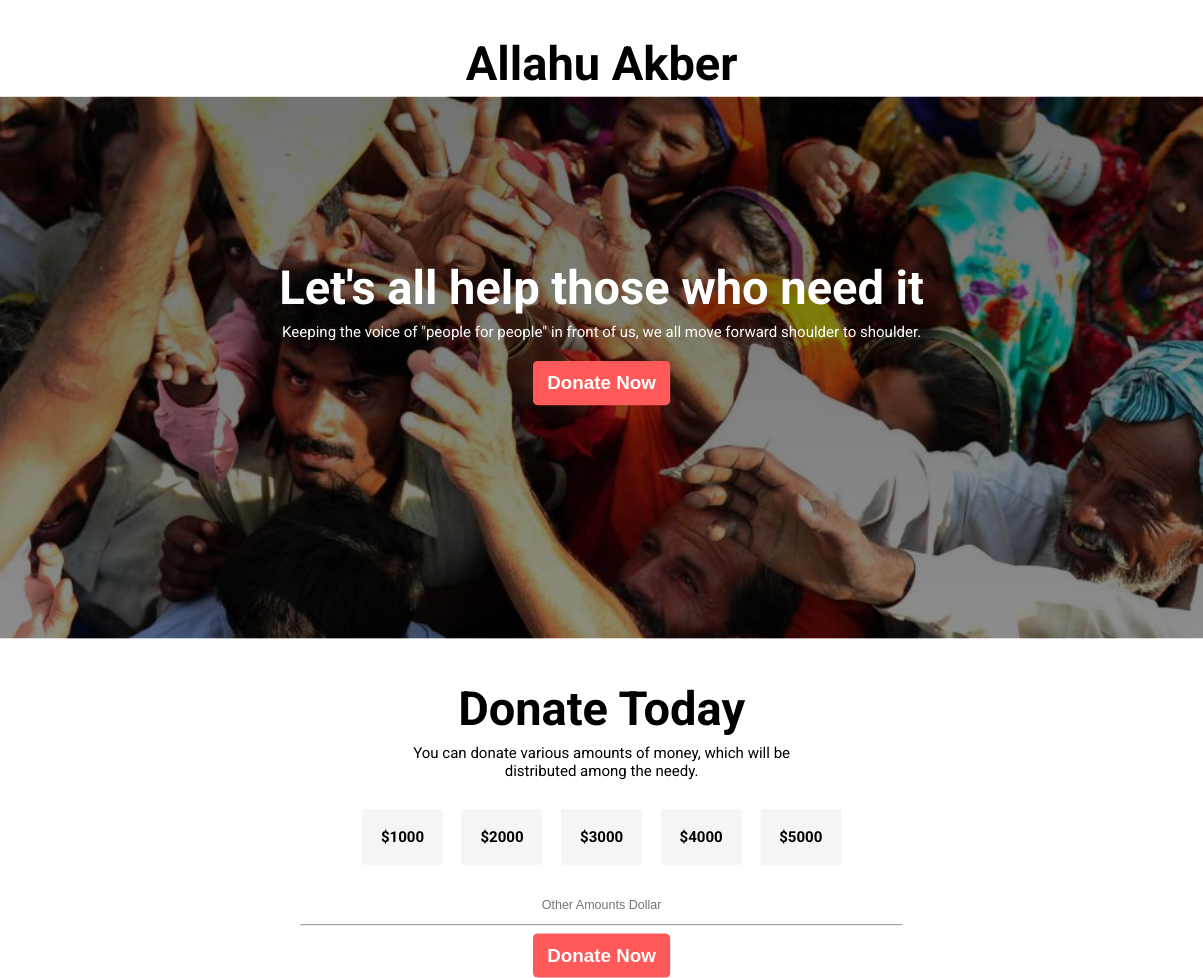
Repository: zjria/suppert-the-helpness
Page: index.html
An editor plug-in stored every save of this project. The page is shown before and after the next save, followed by the edit.
The browser window is 1280 px wide. The pictures show the whole page, at 94% of full size.

Above is the page before, as saved 2022-08-26 09:34:19.

After the next save:
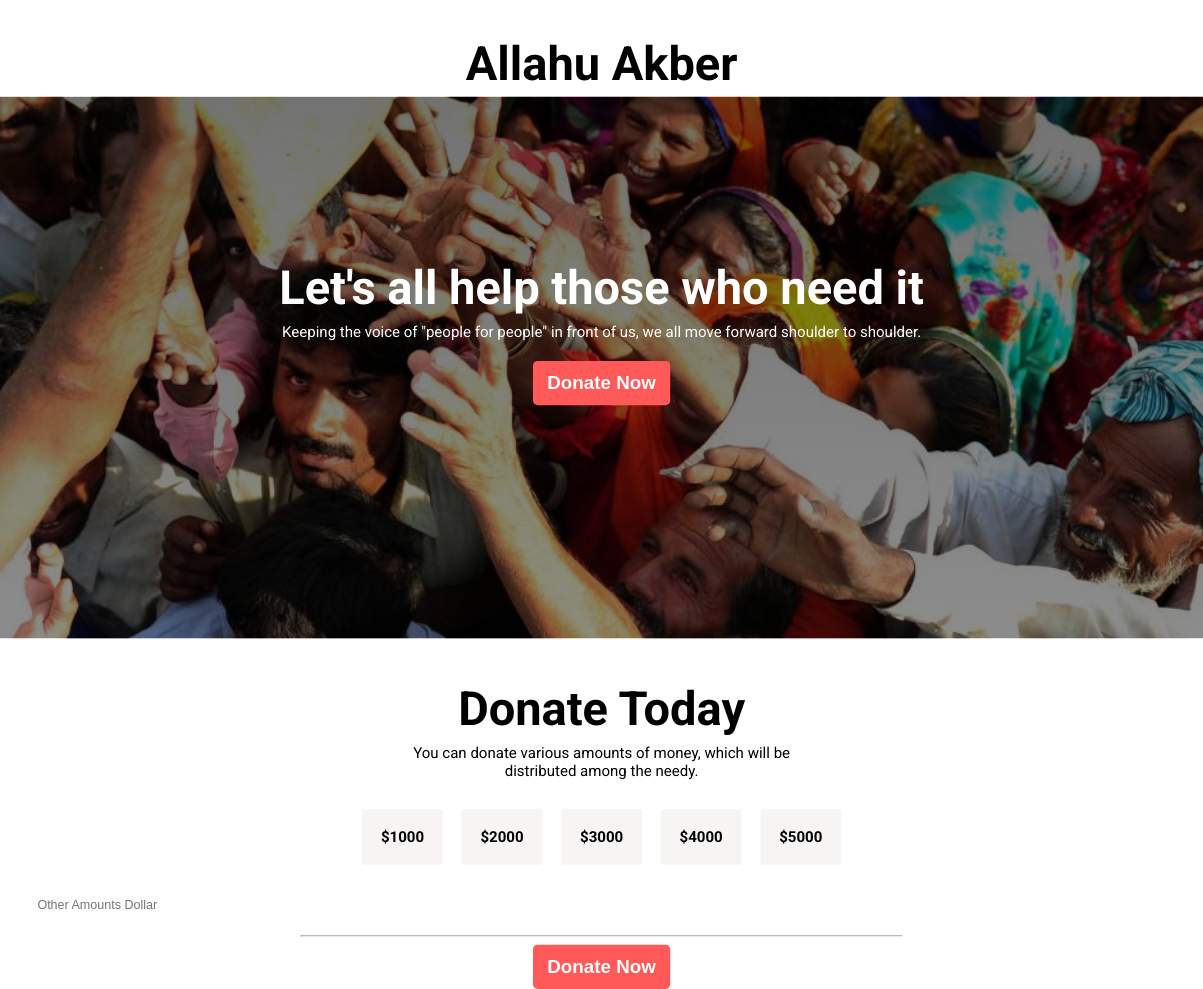
Saved 35 s later.
--- a/style.css
+++ b/style.css
@@ -86,7 +86,7 @@ p {
     display: flex;
     border: 0;
     padding: 5px 15px;
-    margin-top: 20px;
+    margin: 20px 0px;
 }
 
 .input-field .line-style {
